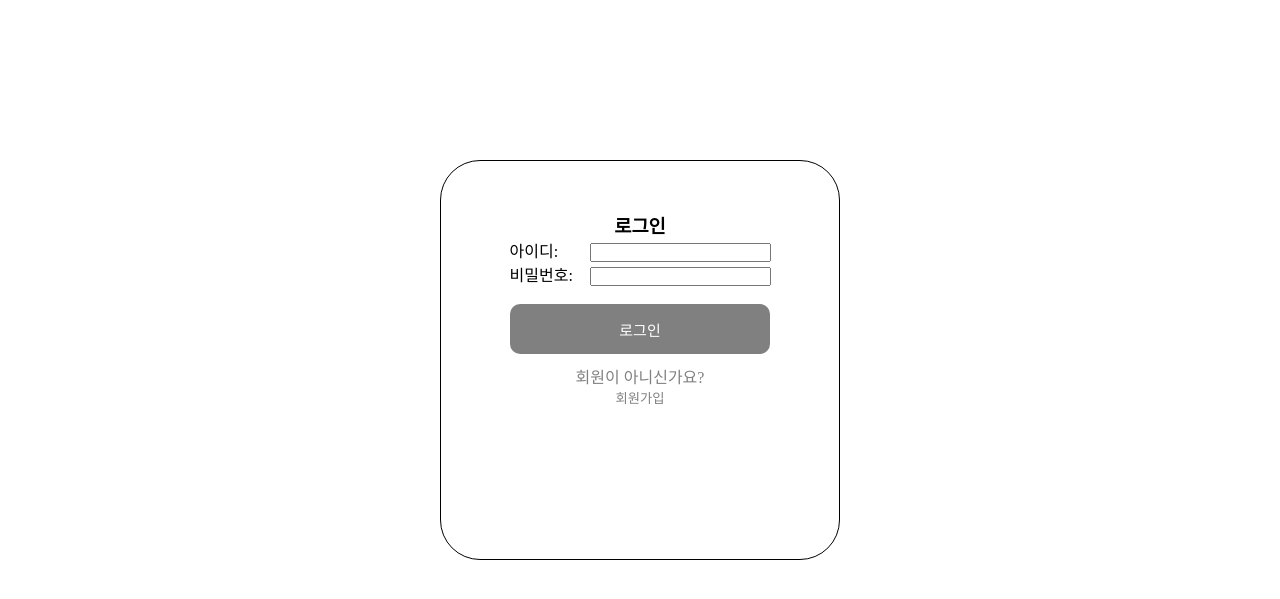
Repository: KGH1125/jsp_project
Page: http://localhost/jsp_project4/
The author's editor kept a copy of each file at every save. The page is drawn from the files as they stood at one save, then again after the next save.
The browser window is 1280 px wide. The pictures show the whole page.
The page is served by Tomcat 9. Other server files are loaded and not shown.

Above is the page before, as saved 2023-05-30 03:20:05.

### jsp_project4/jsp_project4/src/main/webapp/main.jsp
<%@ page language="java" contentType="text/html; charset=UTF-8"
	pageEncoding="UTF-8"%>
<!DOCTYPE html>
<html>
<head>
<meta charset="UTF-8">
<title>Main</title>
<style type="text/css">
* {
	margin: 0;
	padding: 0;
	box-sizing: border-box;
}

.mainbox {
	width: 400px;
	height: 400px;
	border: 1px solid black;
	border-radius: 10%;
	left: 50%;
	top: 50%;
	position: absolute;
	transform: translate(-50%, -50%);
	text-align: center;
	padding: 50px;
}

.tspan {
	display: inline-block;
	width: 80px;
	text-align: left;
}

.loginbtn {
	width: 260px;
	height: 50px;
	color: white;
	background-color: gray;
	font-size: 15px;
	border: none;
	border-radius: 10px
}

.subbox {
	padding: 10px;
	color: gray;
}

.joinbtn {
	color: gray;
	border: none;
	background: none;
}

.loginbtn:hover {
	cursor: pointer;
}

.joinbtn:hover {
	cursor: pointer;
}
</style>

</head>
<body>
	<div class="mainbox">
		<form>
			<h3>로그인</h3>
			<span class="tspan">아이디:</span><input type="text" name="id"><br>
			<span class="tspan">비밀번호:</span><input type="password"
				name="password"><br> <br>
			<button class="loginbtn" type="submit">로그인</button>
		</form>
		<div class="subbox">
			<span>회원이 아니신가요?</span><br>
			<a href="member/join.jsp"><button class="joinbtn">회원가입</button></a>
		</div>

	</div>

</body>
</html>

After the next save:
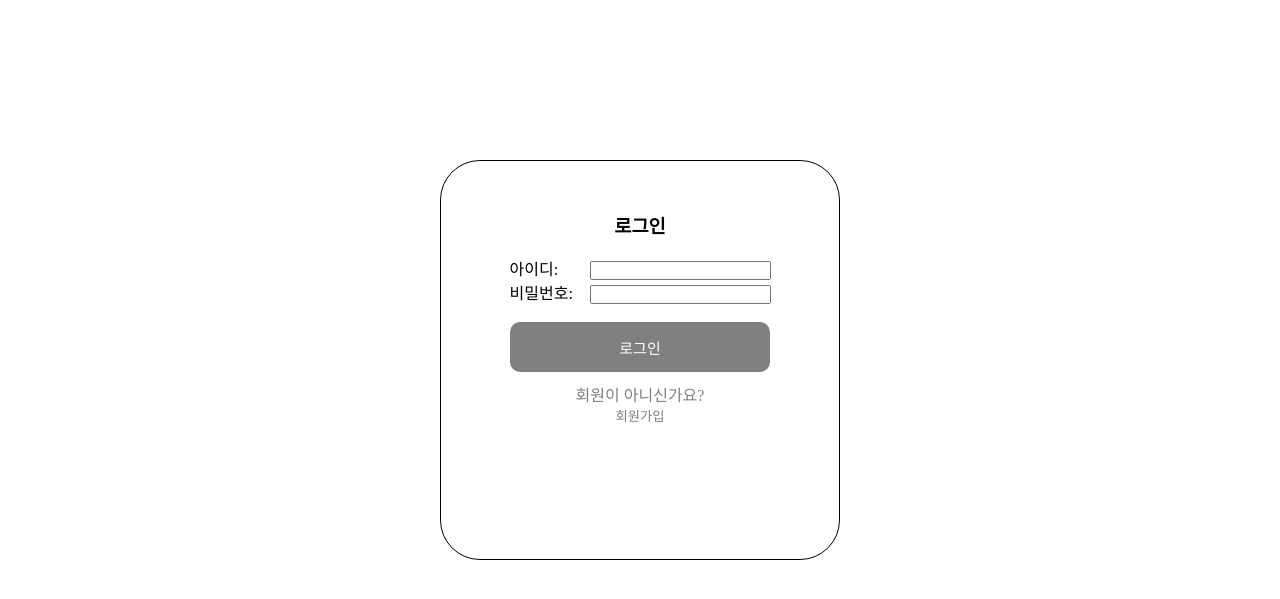
Saved 11 s later.
--- a/jsp_project4/jsp_project4/src/main/webapp/main.jsp
+++ b/jsp_project4/jsp_project4/src/main/webapp/main.jsp
@@ -65,7 +65,7 @@
 <body>
 	<div class="mainbox">
 		<form>
-			<h3>로그인</h3>
+			<h3>로그인</h3><br>
 			<span class="tspan">아이디:</span><input type="text" name="id"><br>
 			<span class="tspan">비밀번호:</span><input type="password"
 				name="password"><br> <br>
